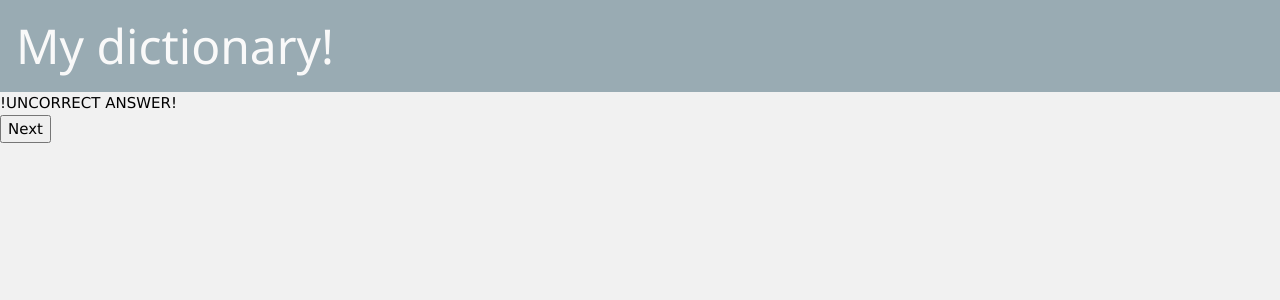
Repository: OleksandrDoskaliukKN313/IIC
Page: http://localhost/WebDictionary/uncorrectAnswer.jsp
These files come from the project's save history. The page is drawn as it stood at one moment and after the next save; the edit follows.
The browser window is 1280 px wide. The pictures show the whole page.
The page is served by Tomcat 9.

Above is the page before, as saved 2020-10-12 10:28:29.

After the next save:
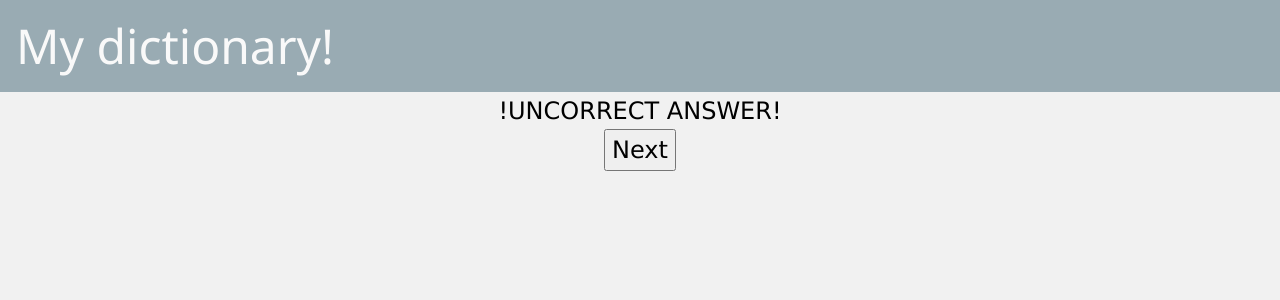
Saved 21 s later.
--- a/WebDictionary/WebContent/uncorrectAnswer.jsp
+++ b/WebDictionary/WebContent/uncorrectAnswer.jsp
@@ -11,7 +11,7 @@
 <div class="w3-container w3-blue-grey w3-opacity w3-left-align 	">
         <h1 class = "w3-xxxlarge">My dictionary!</h1>
     </div>
- <div>
+ <div class = "w3-xlarge w3-container w3-center">
  !UNCORRECT ANSWER!
 <form action="/WebDictionary/en_ua">
     <input type="submit" value="Next" />
